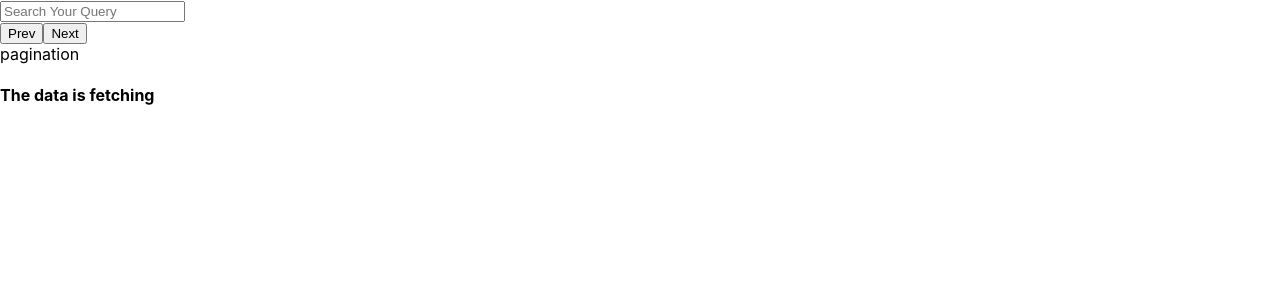
Repository: suraj-yadav7/TechNews
Page: /
The author's editor kept a copy of each file at every save. The page is drawn from the files as they stood at one save, then again after the next save.
The browser window is 1280 px wide. The pictures show the whole page.
The page's requests for data from a server got no answer. The project was rebuilt for these pictures with package versions that can differ from the ones it lists, and the page was loaded fresh each time. No one was signed in, and anything a server would have sent is missing. Also part of the build but not shown: src/App.css.

Above is the page before, as saved 2023-04-27 21:18:35.

After the next save:
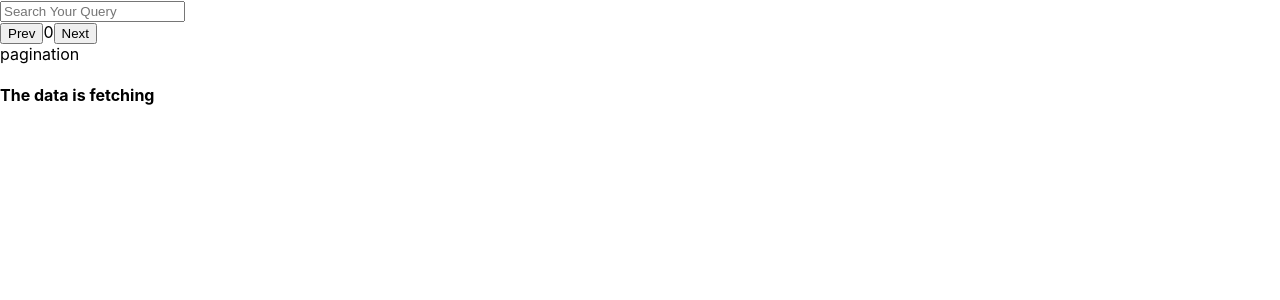
Saved 2 min 30 s later.
--- a/src/components/Search.jsx
+++ b/src/components/Search.jsx
@@ -2,7 +2,7 @@ import React from 'react'
 import { useGlobalContext } from '../context'
 
 const Search = () => {
-  const {query, searchPost} = useGlobalContext()
+  const {query, searchPost,prevPage,nextPage, nbPages} = useGlobalContext()
   return (
     <>
    <div className='formContainer'>
@@ -11,8 +11,9 @@ const Search = () => {
     </form>
    </div>
    <div className='pagination'>
-    <button >Prev</button>
-    <button >Next</button>
+    <button onClick={prevPage} >Prev</button>
+    {nbPages}
+    <button onClick={nextPage} >Next</button>
    </div>
     </>
   )
